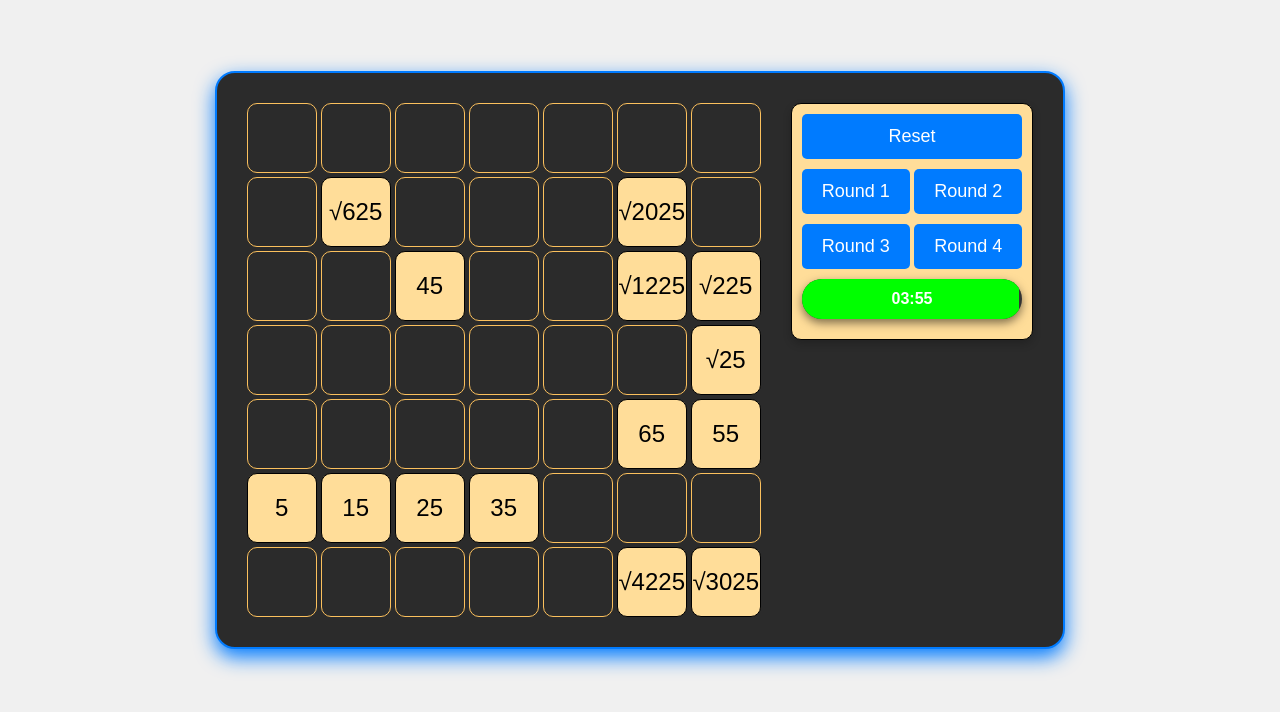
Repository: radisyah/THE_BRAIN_STORM
Page: Broken Link.html
These files come from the project's save history. The page is drawn as it stood at one moment and after the next save; the edit follows.
The browser window is 1280 px wide. The pictures show the whole page.

Above is the page before, as saved 2024-10-31 00:23:54.

### Broken Link.html
<!DOCTYPE html>
<html lang="en">
<head>
    <meta charset="UTF-8">
    <meta name="viewport" content="width=device-width, initial-scale=1.0">
    <title>The Brain Storm | Broken Link</title>
    <style>
        body {
            font-family: Arial, sans-serif;
            display: flex;
            justify-content: center; /* Center the main content */
            align-items: center; /* Center vertically */
            height: 100vh;
            margin: 0;
            background-color: #f0f0f0;
        }

        .container {
            display: flex;
            justify-content: center;
            align-items: flex-start;
            background-color: #2b2b2b; /* Dark background for contrast */
            border-radius: 20px;
            box-shadow: 0 8px 20px  #007bff;
            padding: 30px;
            border: 2px solid #007bff;
            transition: transform 0.3s ease-in-out;
        }

        /* Timer container styles */
        .timer-container {
            position: relative;
            width: 100%;
            height: 40px;
            background-color: #333;
            border-radius: 20px;
            overflow: hidden;
            box-shadow: 0px 4px 10px rgba(0, 0, 0, 0.5);
            margin-bottom: 10px;
        }

        /* Timer text styles */
        #timer {
            position: absolute;
            top: 50%;
            left: 50%;
            transform: translate(-50%, -50%);
            color: white;
            font-size: 16px;
            font-weight: bold;
            z-index: 2;
        }

        /* Progress bar styles */
        .timer-bar {
            position: absolute;
            top: 0;
            left: 0;
            height: 100%;
            background: linear-gradient(90deg, #00ff00, #ffff00, #ff0000);
            width: 100%;
            transition: width 1s linear;
            z-index: 1;
        }


        .container:hover {
            transform: scale(1.02); /* Slight scale effect when hovering over the container */
        }


        .grid-container {
            display: grid;
            grid-template-columns: repeat(7, 70px); /* Size increased */
            grid-template-rows: repeat(7, 70px); /* Size increased */
            gap: 4px; /* Increased gap */
            position: relative;
            margin-right: 30px; /* Space between grid and buttons */
        }

        .grid-item {
            display: flex;
            justify-content: center;
            align-items: center;
            font-size: 24px; /* Increased font size */
            background-color: #ffdd99;
            border: 1px solid #000;
            color: #000;
            cursor: pointer;
            position: relative;
            border-radius: 10px;
            transition: background-color 0.3s;
        }

        .grid-item[data-number=""] {
            background-color: #2b2b2b;
            border: 1px solid #fbc05d;
            cursor: default; /* Change cursor for empty grids */
        }

        .grid-item.active {
            background-color: #fbc05d;
        }

        .grid-item:hover {
            /* transform: translateY(-5px); */
            background-color: #fbc05d;

        }


        canvas {
            position: absolute;
            top: 0;
            left: 0;
            z-index: 1;
            pointer-events: none;
        }

        .green {
            background-color: #28a745 !important;
        }

        #resetButton {
            padding: 12px 25px; /* Increased padding */
            font-size: 18px; /* Increased font size */
            cursor: pointer;
            background-color: #007bff;
            color: white;
            border: none;
            border-radius: 5px;
            transition: background-color 0.3s;
        }

        #resetButton:hover {
            background-color: #0056b3;
        }

        .question-buttons {
            display: flex;
            flex-direction: column; /* Align buttons vertically */
            gap: 10px;
            padding: 10px; /* Added padding */
            background-color: #ffdd99; /* Background color for buttons layout */
            border-radius: 10px; /* Rounded corners */
            box-shadow: 0 4px 8px rgba(0, 0, 0, 0.2); /* Shadow for effect */
             border: 1px solid #000;
        }

        .grid-item.active:hover {
            background-color: #fbc05d; /* Warna background berubah */
        }

        .question-button {
            padding: 12px 20px; /* Increased padding */
            font-size: 18px; /* Increased font size */
            cursor: pointer;
            background-color: #007bff;
            color: white;
            border: none;
            border-radius: 5px;
            transition: background-color 0.3s;
        }

        .question-button:hover {
            background-color: #0056b3;
        }
    </style>
</head>
<body>

<div class="container">
    <div class="grid-container" id="grid-container">
        <!-- Grid elements will be filled here -->
    </div>

    <div class="question-buttons">
        <button id="resetButton">Reset</button>
        <div>
            <button class="question-button" onclick="loadQuestion(1)">Round 1</button>
            <button class="question-button" onclick="loadQuestion(2)">Round 2</button>
        </div>
        <div>
            <button class="question-button" onclick="loadQuestion(3)">Round 3</button>
            <button class="question-button" onclick="loadQuestion(4)">Round 4</button>
        </div>
        <div class="timer-container">
            <div id="timer">04:00</div>
            <div class="timer-bar"></div>
        </div>

    </div>
</div>

<canvas id="lineCanvas"></canvas>

<script>
    const canvas = document.getElementById('lineCanvas');
    const ctx = canvas.getContext('2d');
    const gridContainer = document.getElementById('grid-container');
    const resetButton = document.getElementById('resetButton');
    let activeGrid = null;
    let lines = []; // Store lines to be drawn

    // Data grid untuk soal
    const questions = {
        1: [
            { number: "" }, { number: "" }, { number: "" }, { number: "" }, { number: "" }, { number: "" }, { number: "" },
            { number: "" }, { number: "√625" }, { number: "" }, { number: "" }, { number: "" }, { number: "√2025" }, { number: "" },
            { number: "" }, { number: "" }, { number: "45" }, { number: "" }, { number: "" }, { number: "√1225" }, { number: "√225" },
            { number: "" }, { number: "" }, { number: "" }, { number: "" }, { number: "" }, { number: "" }, { number: "√25" },
            { number: "" }, { number: "" }, { number: "" }, { number: "" }, { number: "" }, { number: "65" }, { number: "55" },
            { number: "5" }, { number: "15" }, { number: "25" }, { number: "35" }, { number: "" }, { number: "" }, { number: "" },
            { number: "" }, { number: "" }, { number: "" }, { number: "" }, { number: "" }, { number: "√4225" }, { number: "√3025" },
        ],
        2: [
            { number: "19" }, { number: "" }, { number: "" }, { number: "" }, { number: "" }, { number: "" }, { number: "" },
            { number: "" }, { number: "" }, { number: "" }, { number: "" }, { number: "" }, { number: "" }, { number: "29" },
            { number: "" }, { number: "" }, { number: "" }, { number: "√361" }, { number: "√6241" }, { number: "" }, { number: "" },
            { number: "" }, { number: "√841" }, { number: "" }, { number: "" }, { number: "" }, { number: "√2401" }, { number: "√3481" },
            { number: "" }, { number: "59" }, { number: "" }, { number: "" }, { number: "" }, { number: "" }, { number: "" },
            { number: "" }, { number: "" }, { number: "" }, { number: "" }, { number: "79" }, { number: "39" }, { number: "" },
            { number: "√1521" }, { number: "" }, { number: "" }, { number: "" }, { number: "" }, { number: "" }, { number: "49" },
        ],
        3: [
            { number: "" }, { number: "" }, { number: "" }, { number: "" }, { number: "√961" }, { number: "√121" }, { number: "41" },
            { number: "" }, { number: "11" }, { number: "" }, { number: "" }, { number: "" }, { number: "" }, { number: "" },
            { number: "" }, { number: "" }, { number: "" }, { number: "" }, { number: "" }, { number: "21" }, { number: "" },
            { number: "√441" }, { number: "" }, { number: "" }, { number: "31" }, { number: "" }, { number: "" }, { number: "" },
            { number: "" }, { number: "√2601" }, { number: "" }, { number: "" }, { number: "" }, { number: "√1681" }, { number: "61" },
            { number: "" }, { number: "71" }, { number: "√3721" }, { number: "" }, { number: "" }, { number: "" }, { number: "" },
            { number: "51" }, { number: "" }, { number: "" }, { number: "" }, { number: "" }, { number: "" }, { number: "√5041" },
        ],
        4: [
        { number: "√121" }, { number: "" }, { number: "" }, { number: "22" }, { number: "" }, { number: "77" }, { number: "44" },
            { number: "" }, { number: "" }, { number: "" }, { number: "" }, { number: "" }, { number: "√1936" }, { number: "" },
            { number: "" }, { number: "" }, { number: "" }, { number: "√1089" }, { number: "" }, { number: "" }, { number: "" },
            { number: "" }, { number: "" }, { number: "" }, { number: "" }, { number: "" }, { number: "√5929" }, { number: "33" },
            { number: "" }, { number: "" }, { number: "" }, { number: "" }, { number: "" }, { number: "" }, { number: "" },
            { number: "" }, { number: "" }, { number: "√3025" }, { number: "" }, { number: "√484" }, { number: "66" }, { number: "" },
            { number: "11" }, { number: "" }, { number: "" }, { number: "" }, { number: "√4356" }, { number: "" }, { number: "55" },
        ],
    };

    let timeLimit = 240; // Limit waktu dalam detik
    let timeRemaining = timeLimit;
    let isTimerRunning = false;
    const timerDisplay = document.getElementById('timer');
    const timerBar = document.querySelector('.timer-bar');

    function startTimer() {
        if (isTimerRunning) return;
        isTimerRunning = true;

        timerInterval = setInterval(() => {
            timeRemaining--;

            // Format menit dan detik
            const minutes = Math.floor(timeRemaining / 60);
            const seconds = timeRemaining % 60;
            timerDisplay.textContent = `${minutes < 10 ? '0' + minutes : minutes}:${seconds < 10 ? '0' + seconds : seconds}`;

            // Perbarui lebar progress bar
            const percentage = (timeRemaining / timeLimit) * 100;
            timerBar.style.width = `${percentage}%`;

            // Ubah warna progress bar
            if (percentage <= 33) {
                timerBar.style.background = "#ff0000";
            } else if (percentage <= 66) {
                timerBar.style.background = "#ffff00";
            } else {
                timerBar.style.background = "#00ff00";
            }

            // Ketika waktu habis
            if (timeRemaining <= 0) {
                clearInterval(timerInterval);
                isTimerRunning = false;
                timerDisplay.textContent = "Time is Over";
                disableGridInteractions(); // Fungsi untuk mengunci input
            }
        }, 1000);
    }


    let isGridDisabled = false; // Global flag to track grid disabled state

    function disableGridInteractions() {
        isGridDisabled = true; // Set the disabled flag
        Array.from(gridContainer.children).forEach((gridItem) => {
            gridItem.style.pointerEvents = 'none';
        });
        resetButton.disabled = true;
        resetButton.style.pointerEvents = 'none';
    }



    function resizeCanvas() {
        const rect = gridContainer.getBoundingClientRect();
        canvas.width = rect.width;
        canvas.height = rect.height;
        canvas.style.top = `${rect.top}px`;
        canvas.style.left = `${rect.left}px`;
    }

    function loadGrid(data) {
        gridContainer.innerHTML = '';

        data.forEach((item, index) => {
            const gridItem = document.createElement('div');
            gridItem.classList.add('grid-item');
            gridItem.dataset.number = item.number;
            gridItem.textContent = item.number || '';
            gridItem.dataset.index = index;

            // Prevent interaction with empty grid items
            if (item.number === "") {
                gridItem.classList.add('empty');
            } else {
                gridItem.addEventListener('click', () => {
                    activateGrid(gridItem);
                });
            }

            gridContainer.appendChild(gridItem);
        });

        // Resize canvas to match the grid
        resizeCanvas();
    }

    // Tambahkan variabel untuk menyimpan level yang sedang aktif
    let currentQuestion = 1;

    // Ensure grid is disabled on level load if `isGridDisabled` is true
    function loadQuestion(questionNumber) {
        currentQuestion = questionNumber;
        loadGrid(questions[questionNumber]);
        ctx.clearRect(0, 0, canvas.width, canvas.height);
        activeGrid = null;
        lines = [];
        if (isGridDisabled) disableGridInteractions(); // Check and disable if needed
    }

    function activateGrid(gridItem) {
        if (activeGrid) {
            activeGrid.classList.remove('active');
        }

        gridItem.classList.add('active');
        activeGrid = gridItem;
    }

    function drawLine(start, end) {
        ctx.beginPath();
        ctx.moveTo(start.x, start.y);
        ctx.lineTo(end.x, end.y);
        ctx.strokeStyle = '#fbc05d';
        ctx.lineWidth = 2;
        ctx.stroke();
    }

    function getCenterPosition(gridItem) {
        const rect = gridItem.getBoundingClientRect();
        const gridContainerRect = gridContainer.getBoundingClientRect();
        return {
            x: rect.left + rect.width / 2 - gridContainerRect.left,
            y: rect.top + rect.height / 2 - gridContainerRect.top
        };
    }

    function checkForMatch(targetGrid) {
        if (activeGrid.dataset.number === targetGrid.dataset.number && targetGrid.dataset.number !== "") {
            activeGrid.classList.add('green');
            targetGrid.classList.add('green');
            activeGrid.classList.remove('active');
            activeGrid = null;
            ctx.clearRect(0, 0, canvas.width, canvas.height);
            drawAllLines();
        }
    }

    function drawAllLines() {
        for (let i = 0; i < lines.length; i++) {
            const { start, end } = lines[i];
            drawLine(start, end);
        }
    }

    function move(direction) {
        const index = parseInt(activeGrid.dataset.index);
        let targetIndex;

        switch (direction) {
            case 'ArrowLeft':
                if (index % 7 !== 0) targetIndex = index - 1;
                break;
            case 'ArrowRight':
                if (index % 7 !== 6) targetIndex = index + 1;
                break;
            case 'ArrowUp':
                if (index - 7 >= 0) targetIndex = index - 7;
                break;
            case 'ArrowDown':
                if (index + 7 < questions[1].length) targetIndex = index + 7; // Default to first question length
                break;
        }

        if (targetIndex !== undefined && targetIndex >= 0 && targetIndex < questions[1].length) {
            const targetGrid = gridContainer.children[targetIndex];
            const startPosition = getCenterPosition(activeGrid);
            const endPosition = getCenterPosition(targetGrid);

            if (targetGrid) {
                if (targetGrid.dataset.number === "") {
                    // Check if there's already a line passing through this empty grid cell
                    const existingLine = lines.find((line) => {
                        const startX = line.start.x;
                        const startY = line.start.y;
                        const endX = line.end.x;
                        const endY = line.end.y;
                        const centerX = endPosition.x;
                        const centerY = endPosition.y;
                        const distance = Math.sqrt(Math.pow(centerX - startX, 2) + Math.pow(centerY - startY, 2));
                        return distance < 10; // adjust the distance threshold as needed
                    });

                    if (existingLine) {
                        // Jika ada garis yang berpotongan, hapus semua garis
                        ctx.clearRect(0, 0, canvas.width, canvas.height);
                        lines = [];
                        activeGrid.classList.remove('active');
                        activeGrid = null;
                    } else {
                        drawLine(startPosition, endPosition);
                        lines.push({ start: startPosition, end: endPosition });
                    }
                } else {
                    drawLine(startPosition, endPosition);
                    checkForMatch(targetGrid);
                }
                activeGrid.classList.remove('active');
                activeGrid = targetGrid;
                activeGrid.classList.add('active');
            }
        }
    }


    resetButton.addEventListener('click', () => {
        ctx.clearRect(0, 0, canvas.width, canvas.height);
        activeGrid = null;
        lines = [];
        loadGrid(questions[currentQuestion]); // Load level yang sedang aktif
        // Hapus semua grid item yang memiliki kelas 'green'
        Array.from(gridContainer.children).forEach((gridItem) => {
            gridItem.classList.remove('green');
        });
    });

    document.addEventListener('keydown', (event) => {
        if (activeGrid) {
            move(event.key);
        }
    });

    // Disable grid when the page visibility changes to hidden
    document.addEventListener('visibilitychange', () => {
        if (document.visibilityState === 'hidden' && isGridDisabled) {
            disableGridInteractions();
        }
    });

    // Mulai timer saat halaman dimuat
    window.onload = () => {
        loadGrid(questions[1]); // Load pertanyaan pertama secara default
        window.addEventListener('resize', resizeCanvas);
        startTimer(); // Panggil timer
    };

</script>

</body>
</html>

After the next save:
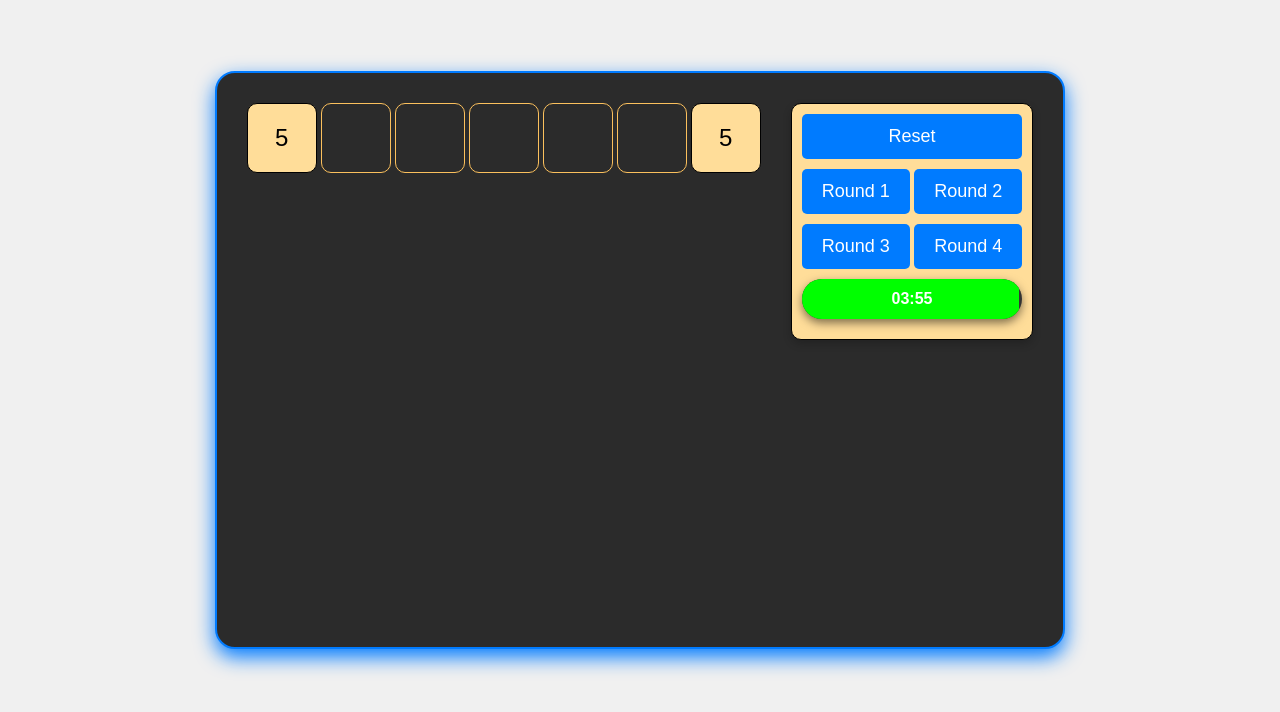
Saved 16 s later.
--- a/Broken Link.html
+++ b/Broken Link.html
@@ -205,40 +205,7 @@
     // Data grid untuk soal
     const questions = {
         1: [
-            { number: "" }, { number: "" }, { number: "" }, { number: "" }, { number: "" }, { number: "" }, { number: "" },
-            { number: "" }, { number: "√625" }, { number: "" }, { number: "" }, { number: "" }, { number: "√2025" }, { number: "" },
-            { number: "" }, { number: "" }, { number: "45" }, { number: "" }, { number: "" }, { number: "√1225" }, { number: "√225" },
-            { number: "" }, { number: "" }, { number: "" }, { number: "" }, { number: "" }, { number: "" }, { number: "√25" },
-            { number: "" }, { number: "" }, { number: "" }, { number: "" }, { number: "" }, { number: "65" }, { number: "55" },
-            { number: "5" }, { number: "15" }, { number: "25" }, { number: "35" }, { number: "" }, { number: "" }, { number: "" },
-            { number: "" }, { number: "" }, { number: "" }, { number: "" }, { number: "" }, { number: "√4225" }, { number: "√3025" },
-        ],
-        2: [
-            { number: "19" }, { number: "" }, { number: "" }, { number: "" }, { number: "" }, { number: "" }, { number: "" },
-            { number: "" }, { number: "" }, { number: "" }, { number: "" }, { number: "" }, { number: "" }, { number: "29" },
-            { number: "" }, { number: "" }, { number: "" }, { number: "√361" }, { number: "√6241" }, { number: "" }, { number: "" },
-            { number: "" }, { number: "√841" }, { number: "" }, { number: "" }, { number: "" }, { number: "√2401" }, { number: "√3481" },
-            { number: "" }, { number: "59" }, { number: "" }, { number: "" }, { number: "" }, { number: "" }, { number: "" },
-            { number: "" }, { number: "" }, { number: "" }, { number: "" }, { number: "79" }, { number: "39" }, { number: "" },
-            { number: "√1521" }, { number: "" }, { number: "" }, { number: "" }, { number: "" }, { number: "" }, { number: "49" },
-        ],
-        3: [
-            { number: "" }, { number: "" }, { number: "" }, { number: "" }, { number: "√961" }, { number: "√121" }, { number: "41" },
-            { number: "" }, { number: "11" }, { number: "" }, { number: "" }, { number: "" }, { number: "" }, { number: "" },
-            { number: "" }, { number: "" }, { number: "" }, { number: "" }, { number: "" }, { number: "21" }, { number: "" },
-            { number: "√441" }, { number: "" }, { number: "" }, { number: "31" }, { number: "" }, { number: "" }, { number: "" },
-            { number: "" }, { number: "√2601" }, { number: "" }, { number: "" }, { number: "" }, { number: "√1681" }, { number: "61" },
-            { number: "" }, { number: "71" }, { number: "√3721" }, { number: "" }, { number: "" }, { number: "" }, { number: "" },
-            { number: "51" }, { number: "" }, { number: "" }, { number: "" }, { number: "" }, { number: "" }, { number: "√5041" },
-        ],
-        4: [
-        { number: "√121" }, { number: "" }, { number: "" }, { number: "22" }, { number: "" }, { number: "77" }, { number: "44" },
-            { number: "" }, { number: "" }, { number: "" }, { number: "" }, { number: "" }, { number: "√1936" }, { number: "" },
-            { number: "" }, { number: "" }, { number: "" }, { number: "√1089" }, { number: "" }, { number: "" }, { number: "" },
-            { number: "" }, { number: "" }, { number: "" }, { number: "" }, { number: "" }, { number: "√5929" }, { number: "33" },
-            { number: "" }, { number: "" }, { number: "" }, { number: "" }, { number: "" }, { number: "" }, { number: "" },
-            { number: "" }, { number: "" }, { number: "√3025" }, { number: "" }, { number: "√484" }, { number: "66" }, { number: "" },
-            { number: "11" }, { number: "" }, { number: "" }, { number: "" }, { number: "√4356" }, { number: "" }, { number: "55" },
+            { number: "5" }, { number: "" }, { number: "" }, { number: "" }, { number: "" }, { number: "" }, { number: "5" },
         ],
     };
 
